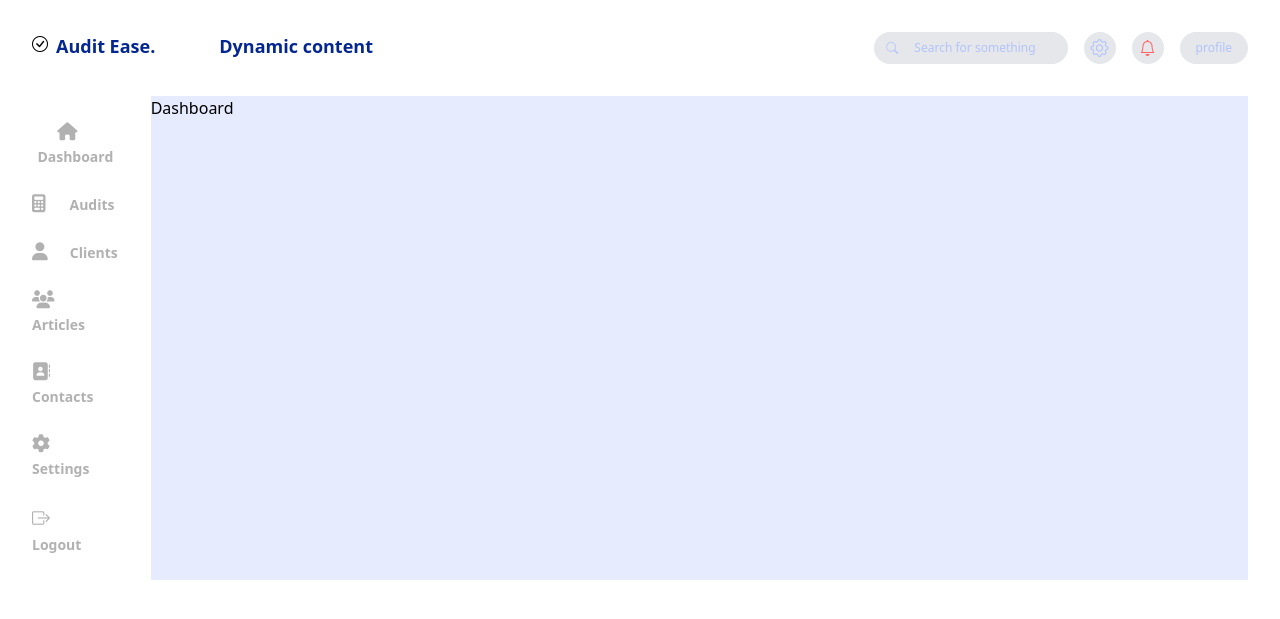
Repository: EclipticCode/Audit-Ease-FE
Page: /
These files come from the project's save history. The page is drawn as it stood at one moment and after the next save; the edit follows.
The browser window is 1280 px wide. The pictures show the whole page.
Some web libraries are served in a nearby version. The project was rebuilt for these pictures with package versions that can differ from the ones it lists, and the page was loaded fresh each time. Also part of the build but not shown: vite.config.js, Login.jsx, src/Navbar.jsx, src/Pages/Audits.jsx, src/Pages/Articles.jsx, src/Pages/Clients.jsx, src/Pages/Contacts.jsx.

Above is the page before, as saved 2025-03-27 23:09:09.

### index.html
<!doctype html>
<html lang="en">
  <head>
    <meta charset="UTF-8" />
    <link rel="icon" type="image/svg+xml" href="" />
    <meta name="viewport" content="width=device-width, initial-scale=1.0" />
    <title>Audit Ease</title>
     <!-- Bootstrap Icon link-->
     <link
     rel="stylesheet"
     href="https://cdn.jsdelivr.net/npm/bootstrap-icons@1.11.3/font/bootstrap-icons.min.css"
   />
    <!-- Font awesome CDN -->
    <link rel="stylesheet" href="https://cdnjs.cloudflare.com/ajax/libs/font-awesome/6.6.0/css/all.min.css">
  </head>
  <body>
    <div id="root"></div>
    <script type="module" src="/src/main.jsx"></script>
  </body>
</html>

### src/main.jsx
import React from "react";
import ReactDOM from "react-dom/client";
import App from "./App";
import "./index.css"; // Ensure Tailwind styles are imported
import { BrowserRouter } from "react-router-dom";

ReactDOM.createRoot(document.getElementById("root")).render(
  <React.StrictMode>
      <BrowserRouter>
        <App />
      </BrowserRouter>
  </React.StrictMode>
);

### src/App.jsx
import React from 'react'
import Login from '../Login'
import Navbar from './Navbar'
import NavandSideBar from './NavandSideBar'
import Dashboard from './Pages/Dashboard'
import Audits from './Pages/Audits'
import Articles from './Pages/Articles'
import Clients from './Pages/Clients'
import Contacts from './Pages/Contacts'
import { Route, Routes } from 'react-router-dom'

const App = () => {
  return (
   <div>
      <NavandSideBar/>
      <Routes>
        <Route path='/' element={<Dashboard/>}></Route>
        <Route path='/audits' element={<Audits/>}></Route>
        <Route path='/articles' element={<Articles/>}></Route>
        <Route path='/clients' element={<Clients/>}></Route>
        <Route path='/contacts' element={<Contacts/>}></Route>
      </Routes>
   </div>
  )
}

export default App

### src/index.css
@import url('https://fonts.googleapis.com/css2?family=Roboto:ital,wght@0,100..900;1,100..900&display=swap');

@import "tailwindcss";

@theme {
  --font-roboto: "Roboto", sans-serif;
  --font-weight-light: 300;
  --font-weight-normal: 400;
  --font-weight-medium: 500;
  --font-weight-semibold: 600;
  --font-weight-bold: 700;
  --color-soft-primary: #B2C4FB;
  --color-light-primary: #053ADA;
  --color-dark-primary: #032691;
  --color-deep-primary: #021655;
  --color-bg-primary: #E6ECFE;
  --color-soft-secondary: #FFFFFF;
  --color-light-secondary: #B1B1B1;
  --color-dark-secondary: #263238;
  --color-deep-secondary: #000000;
  --color-bg-navbar: #F5F7FA;
}

### src/NavandSideBar.jsx
import React from 'react'
import { Link } from 'react-router-dom'

const NavandSideBar = () => {
  return (
    <div className='m-8'>
        <div className='flex flex-row justify-between'>
            <div className='flex'>
            <span><i className="bi bi-check-circle pr-2"></i></span>
            <div className='font-bold text-lg text-dark-primary'>Audit Ease.</div>
            <div className='ml-16 font-bold text-lg text-dark-primary'>Dynamic content</div>
            </div>
            <div className='flex space-x-4'>
            <div className="bg-gray-200 flex items-center justify-center rounded-full text-xs pl-3 pr-8 py-4 w-auto h-4 text-soft-primary">
              <span><i className="bi bi-search pr-4"></i></span> <span>Search for something</span>
            </div>
            <div className="bg-gray-200 flex items-center justify-center rounded-full text-lg p-4 w-8 h-4  text-soft-primary"><i className="bi bi-gear"></i></div>
            <div className="bg-gray-200 flex items-center justify-center rounded-full text-md p-4 w-8 h-4 text-red-400"><i className="bi bi-bell"></i></div>
            <div className="bg-gray-200 flex items-center justify-center rounded-full text-xs p-4 w-auto h-4 text-soft-primary">profile</div>
            </div>
        </div>
    </div>
  )
}

export default NavandSideBar

### src/Pages/Dashboard.jsx
import React from 'react'
import { Link } from 'react-router-dom'

const Dashboard = () => {
  return (
     <div className='grid grid-cols-12 gap-4 m-8'>
        <div>
          <div className='flex flex-col col-start-1 col-end-3 text-light-secondary mt-6'>
              <div className='mb-6'>
              <button>
              <span><i className="fa-solid fa-house mr-4 text-lg"></i></span><span className='font-semibold text-sm'>
                  <Link to={`/`}>Dashboard</Link>
                  </span></button>
              </div>
              <div className='mb-6'><span><i className="fa-solid fa-calculator mr-6 text-lg"></i></span><span className='font-semibold text-sm'><Link to={`/audits`}>Audits</Link></span></div>
              <div className='mb-6'><span><i className="fa-solid fa-user mr-5.5 text-lg"></i></span><span className='font-semibold text-sm'><Link to={`/clients`}>Clients</Link></span></div>
              <div className='mb-6'><span><i className="fa-solid fa-users mr-4.5 text-lg"></i></span><span className='font-semibold text-sm'><Link to={`/articles`}>Articles</Link></span></div>
              <div className='mb-6'><span><i className="fa-solid fa-address-book mr-5.5 text-lg"></i></span><span className='font-semibold text-sm'><Link to={`/contacts`}>Contacts</Link></span></div>
              <div className='mb-6'><span><i className="fa-solid fa-gear mr-6 text-lg"></i></span><span className='font-semibold text-sm'>Settings</span></div>
              <div className='mb-6'><span><i className="bi bi-box-arrow-right mr-6 text-lg"></i></span><span className='font-semibold text-sm'>Logout</span></div>
          </div>
          </div>
        <div className='col-span-11 col-end-13 ml-4 bg-bg-primary'>Dashboard</div>
      </div>
  )
}

export default Dashboard

After the next save:
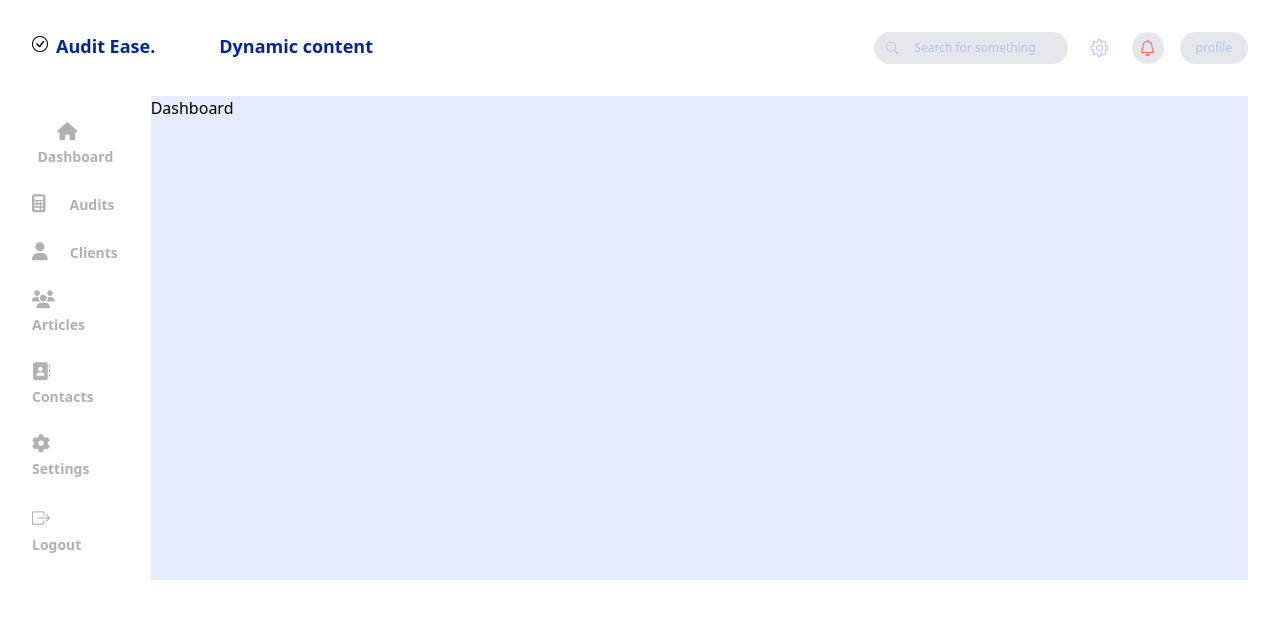
Saved 13 s later.
--- a/src/NavandSideBar.jsx
+++ b/src/NavandSideBar.jsx
@@ -14,7 +14,7 @@ const NavandSideBar = () => {
             <div className="bg-gray-200 flex items-center justify-center rounded-full text-xs pl-3 pr-8 py-4 w-auto h-4 text-soft-primary">
               <span><i className="bi bi-search pr-4"></i></span> <span>Search for something</span>
             </div>
-            <div className="bg-gray-200 flex items-center justify-center rounded-full text-lg p-4 w-8 h-4  text-soft-primary"><i className="bi bi-gear"></i></div>
+            <div className="bg- flex items-center justify-center rounded-full text-lg p-4 w-8 h-4  text-soft-primary"><i className="bi bi-gear"></i></div>
             <div className="bg-gray-200 flex items-center justify-center rounded-full text-md p-4 w-8 h-4 text-red-400"><i className="bi bi-bell"></i></div>
             <div className="bg-gray-200 flex items-center justify-center rounded-full text-xs p-4 w-auto h-4 text-soft-primary">profile</div>
             </div>
